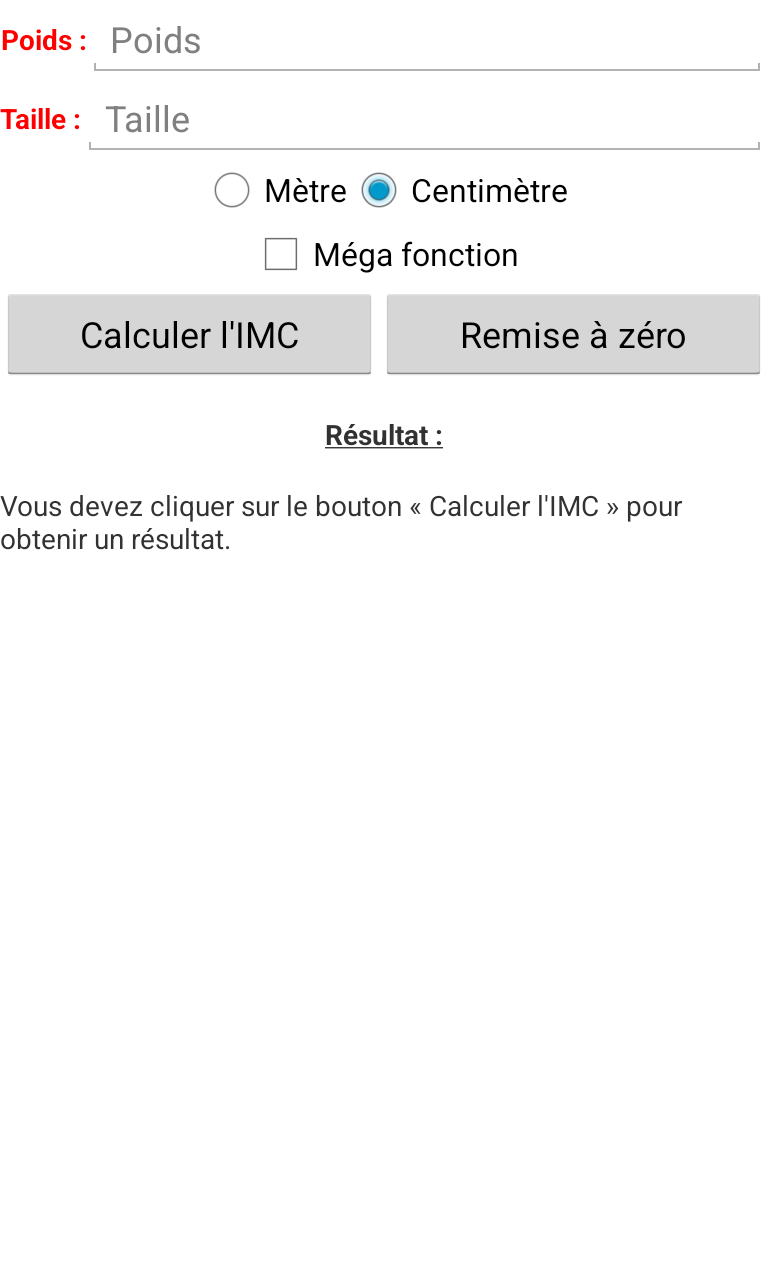
Repository: BlackyFox/PST4-NFC
Layout: Antoine/App_test/res/layout/activity_main.xml
These files come from the project's save history. The layout is drawn as it stood at one moment and after the next save; the edit follows.
It is drawn on a 768 x 1280 px phone screen (xhdpi) without system bars, with theme AppTheme; the app's code is not run.

Above is the layout before, as saved 2014-11-03 16:58:44.

### Antoine/App_test/res/layout/activity_main.xml
<?xml version="1.0" encoding="utf-8"?>
<LinearLayout xmlns:android="http://schemas.android.com/apk/res/android"
  android:layout_width="fill_parent"
  android:layout_height="fill_parent"
  android:orientation="vertical">
  <LinearLayout
      android:layout_width="fill_parent"
      android:layout_height="wrap_content"
      android:orientation="horizontal">

      <TextView
          android:layout_width="wrap_content"
          android:layout_height="fill_parent"
          android:text="@string/poids"
          android:textStyle="bold"
          android:textColor="#FF0000"
          android:gravity="center"/>
      <EditText
          android:id="@+id/poids"
          android:layout_width="fill_parent"
          android:layout_height="wrap_content"
          android:hint="@string/hint_poids"
          android:inputType="numberDecimal"/>
  </LinearLayout>

    <LinearLayout
      android:layout_width="fill_parent"
      android:layout_height="wrap_content"
      android:orientation="horizontal">

        <TextView
          android:layout_width="wrap_content"
          android:layout_height="fill_parent"
          android:text="@string/taille"
          android:textStyle="bold"
          android:textColor="#FF0000"
          android:gravity="center"/>
        <EditText
          android:id="@+id/taille"
          android:layout_width="fill_parent"
          android:layout_height="wrap_content"
          android:hint="@string/hint_taille"
          android:inputType="numberDecimal"/>
    </LinearLayout>
<RelativeLayout
  android:layout_width="wrap_content"
  android:layout_height="wrap_content"
  android:layout_gravity="center">

  <RadioGroup
    android:id="@+id/group"
    android:layout_width="wrap_content"
    android:layout_height="wrap_content"
    android:checkedButton="@+id/radio2"
    android:orientation="horizontal">
    <RadioButton
      android:id="@+id/radio1"
      android:layout_width="wrap_content"
      android:layout_height="wrap_content"
      android:text="@string/m"
    />
    <RadioButton
      android:id="@+id/radio2"
      android:layout_width="wrap_content"
      android:layout_height="wrap_content"
      android:text="@string/cm"
    />
  </RadioGroup>
    </RelativeLayout>
    <RelativeLayout
  android:layout_width="wrap_content"
  android:layout_height="wrap_content"
  android:layout_gravity="center">
  <CheckBox
    android:id="@+id/mega"
    android:layout_width="wrap_content"
    android:layout_height="wrap_content"
    android:text="@string/mega"
  />
    </RelativeLayout>
  <LinearLayout
      android:layout_width="fill_parent"
      android:layout_height="wrap_content"
      android:orientation="horizontal">

      <Button
          android:id="@+id/calcul"
          android:layout_width="wrap_content"
          android:layout_height="wrap_content"
          android:text="@string/calcul"
          android:layout_weight="1"
          /><!--
          android:background="?android:attr/selectableItemBackground"
          bug 1 fois sur 2 -->
      <Button
          android:id="@+id/raz"
          android:layout_width="wrap_content"
          android:layout_height="wrap_content"
          android:text="@string/raz"
          android:layout_weight="1"/><!--

          android:background="@color/Wheat"
          android:background="?android:attr/selectableItemBackground"
           bug 1 fois sur 2 -->
  </LinearLayout>
<RelativeLayout
  android:layout_width="wrap_content"
  android:layout_height="wrap_content"
  android:layout_gravity="center">
  <TextView
    android:layout_width="wrap_content"
    android:layout_height="wrap_content"
    android:text="@string/resultat"
    android:textStyle="bold"
  />
  </RelativeLayout>
  <TextView
    android:id="@+id/result"
    android:layout_width="fill_parent"
    android:layout_height="fill_parent"
    android:text="@string/result"
  />
</LinearLayout>

### Antoine/App_test/res/values/strings.xml
<?xml version="1.0" encoding="utf-8"?>
<resources>

    <string name="app_name">App_test</string>
    <string name="hello_world">Hello world!</string>
    <string name="action_settings">Settings</string>
    <string name="poids">Poids :</string>
    <string name="hint_poids">Poids</string>
    <string name="result">Vous devez cliquer sur le bouton « Calculer l\'IMC » pour obtenir un résultat.</string>
    <string name="resultat">\n<b><u>Résultat :</u></b>\n</string>
    <string name="raz">Remise à zéro</string>
    <string name="calcul">Calculer l\'IMC</string>
    <string name="mega">Méga fonction</string>
    <string name="xiii">XIII</string>
    <string name="cm">Centimètre</string>
    <string name="m">Mètre</string>
    <string name="taille">Taille :</string>
    <string name="hint_taille">Taille</string>

</resources>

Loaded but not shown: Antoine/App_test/res/values/styles.xml (common file); Antoine/App_test/res/values-v11/styles.xml (common file); Antoine/App_test/res/values-v14/styles.xml (common file); Antoine/App_test/res/values/colors.xml (common file)

After the next save:
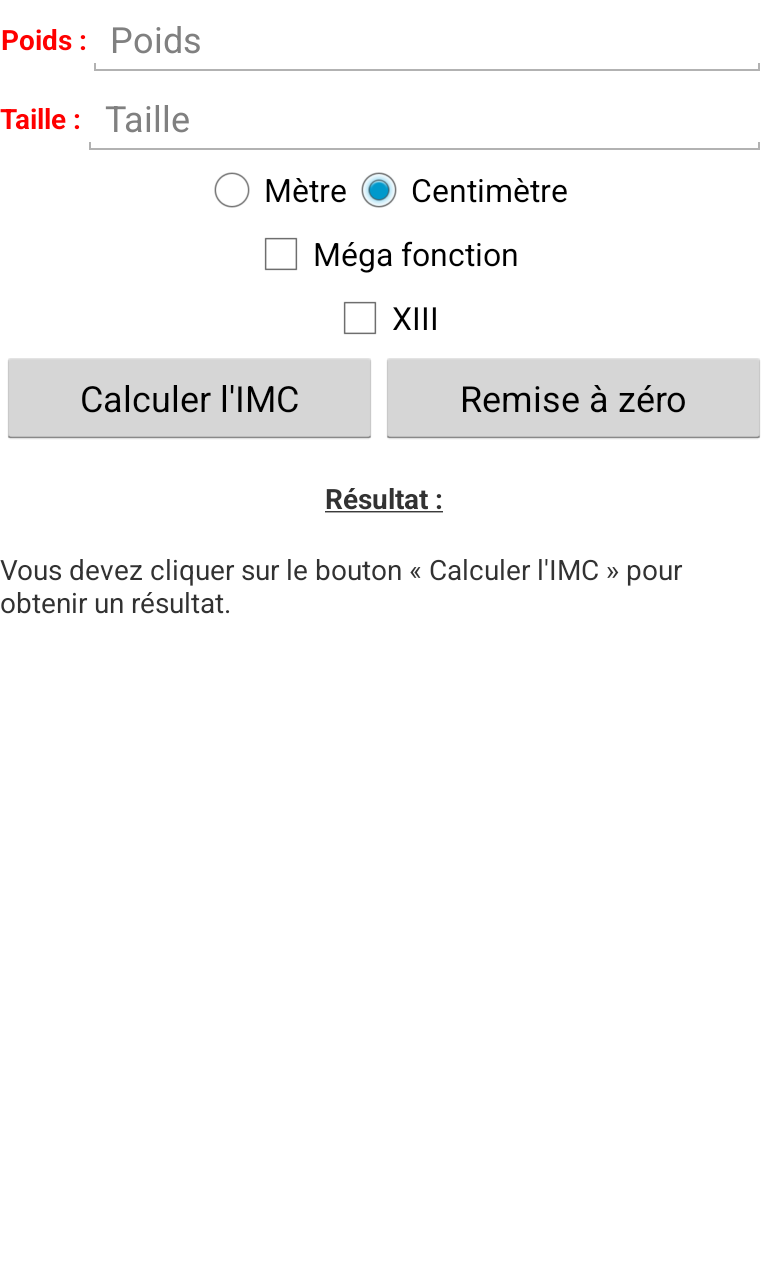
Saved 4 s later.
--- a/Antoine/App_test/res/layout/activity_main.xml
+++ b/Antoine/App_test/res/layout/activity_main.xml
@@ -78,6 +78,17 @@
     android:text="@string/mega"
   />
     </RelativeLayout>
+        <RelativeLayout
+  android:layout_width="wrap_content"
+  android:layout_height="wrap_content"
+  android:layout_gravity="center">
+  <CheckBox
+    android:id="@+id/xiii"
+    android:layout_width="wrap_content"
+    android:layout_height="wrap_content"
+    android:text="@string/xiii"
+  />
+    </RelativeLayout>
   <LinearLayout
       android:layout_width="fill_parent"
       android:layout_height="wrap_content"
